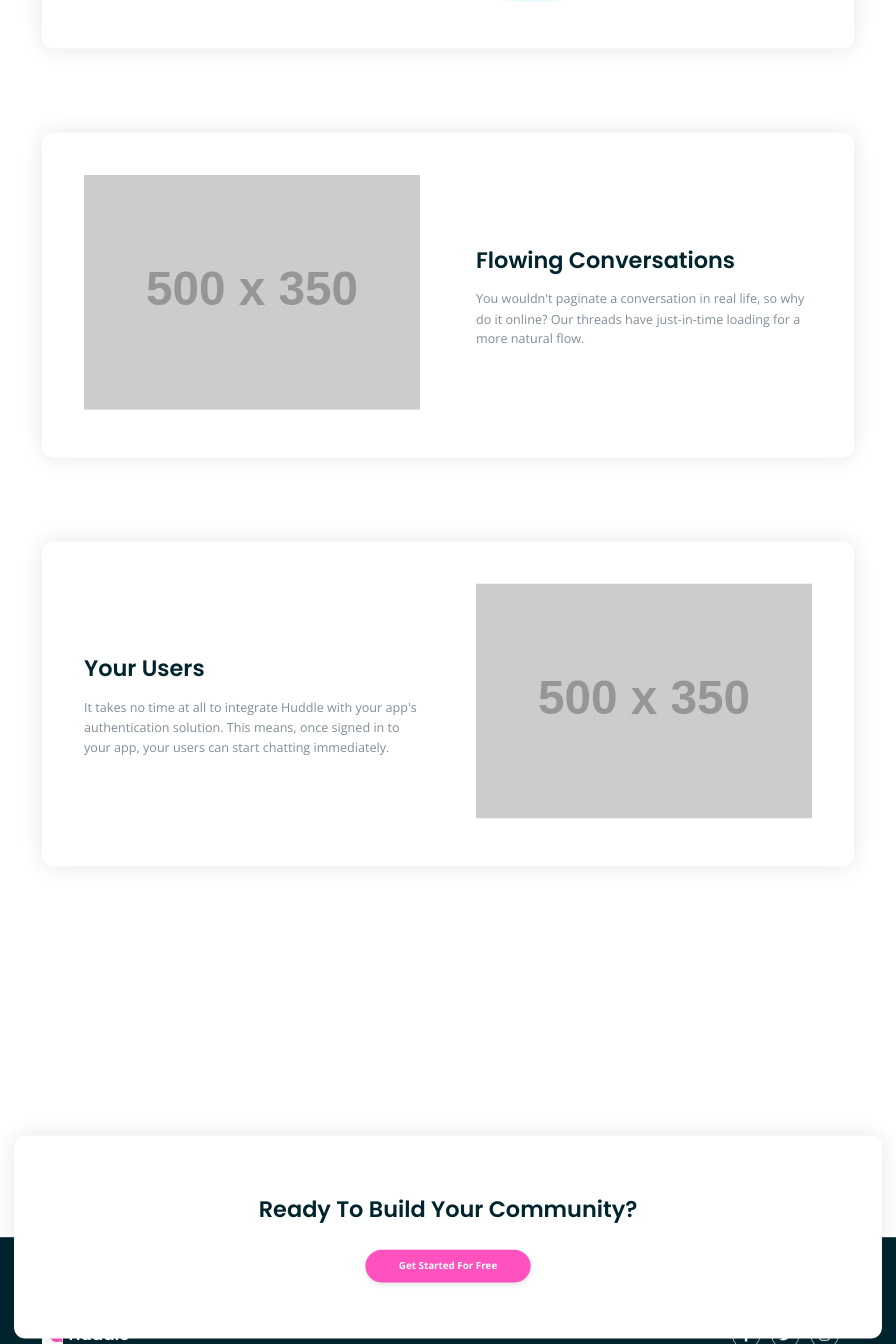
Repository: blordeus/huddle-landing-page
Page: index.html
These files come from the project's save history. The page is drawn as it stood at one moment and after the next save; the edit follows.
The browser window is 1280 px wide. The pictures show the part of the page from y = 1258 to 3178 px (the page is 3594 px tall before and 3404 px after), at 70% of full size.

Above is the page before, as saved 2025-07-01 11:06:54.

### index.html
<!DOCTYPE html>
<html lang="en">
<head>
  <meta charset="UTF-8">
  <meta name="viewport" content="width=device-width, initial-scale=1.0">
  <link rel="icon" type="image/png" sizes="32x32" href="./images/favicon-32x32.png">
  <title>Frontend Mentor | Huddle landing page with alternating feature blocks</title>

  <!-- Google Fonts -->
  <link rel="preconnect" href="https://fonts.googleapis.com">
  <link rel="preconnect" href="https://fonts.gstatic.com" crossorigin>
  <link href="https://fonts.googleapis.com/css2?family=Poppins:wght@600&family=Open+Sans:wght@400;700&display=swap" rel="stylesheet">
  <link rel="stylesheet" type="text/css" href="styles.css" />

  <!-- Font Awesome for social icons -->
  <link rel="stylesheet" href="https://cdnjs.cloudflare.com/ajax/libs/font-awesome/6.0.0/css/all.min.css">
</head>

<body>
  <!-- Header -->
  <header class="header">
    <div class="container">
      <div class="header-content">
        <img src="./images/logo.svg" alt="Logo">
        <a href="#" class="btn btn-outline">Try It Free</a>
      </div>
    </div>
  </header>

  <!-- Hero Section -->
  <section class="hero">
    <div class="container">
      <div class="hero-content">
        <div class="hero-text">
          <h1>Build The Community Your Fans Will Love</h1>
          <p>Huddle re-imagines the way we build communities. You have a voice, but so does your audience. Create connections with your users as you engage in genuine discussion.</p>
          <a href="#" class="btn">Get Started For Free</a>
        </div>
        <div class="hero-image">
          <img src="./images/illustration-mockups.svg" alt="Desktop and mobile chat interface showing community conversations">
        </div>
      </div>
    </div>
  </section>

  <!-- Features Section -->
  <section class="features">
    <div class="container">
      <div class="feature">
        <div class="feature-content">
          <h2>Grow Together</h2>
          <p>Generate meaningful discussions with your audience and build a strong, loyal community. Think of the insightful conversations you miss out on with a feedback form.</p>
        </div>
        <div class="feature-image">
          <img src="./images/illustration-grow-together.svg" alt="Illustration of people having meaningful conversations and building community">
        </div>
      </div>

      <div class="feature">
        <div class="feature-content">
          <h2>Flowing Conversations</h2>
          <p>You wouldn't paginate a conversation in real life, so why do it online? Our threads have just-in-time loading for a more natural flow.</p>
        </div>
        <div class="feature-image">
          <img src="https://placehold.co/500x350/e0f7ff/333333?text=Natural+Flowing+Conversation+Interface+Illustration" alt="Illustration of natural flowing conversation interface with seamless chat threads">
        </div>
      </div>

      <div class="feature">
        <div class="feature-content">
          <h2>Your Users</h2>
          <p>It takes no time at all to integrate Huddle with your app's authentication solution. This means, once signed in to your app, your users can start chatting immediately.</p>
        </div>
        <div class="feature-image">
          <img src="https://placehold.co/500x350/e0f7ff/333333?text=User+Authentication+Integration+Illustration" alt="Illustration showing easy user authentication and immediate chat access">
        </div>
      </div>
    </div>
  </section>

  <!-- Call to Action -->
  <section class="cta">
    <div class="container">
      <h2>Ready To Build Your Community?</h2>
      <a href="#" class="btn">Get Started For Free</a>
    </div>
  </section>

  <!-- Footer -->
  <footer class="footer">
    <div class="container">
      <div class="footer-content">
        <div class="footer-info">
          <a href="#" class="footer-logo">
            <div class="logo-icon">
              <i class="fas fa-comments"></i>
            </div>
            Huddle
          </a>
          <div class="contact-info">
            <div class="contact-item">
              <i class="fas fa-map-marker-alt"></i>
              <p>Lorem ipsum dolor sit amet, consectetur adipiscing elit, sed do eiusmod tempor incididunt ut labore et dolore magna aliqua</p>
            </div>
            <div class="contact-item">
              <i class="fas fa-phone"></i>
              <p>+1-543-123-4567</p>
            </div>
            <div class="contact-item">
              <i class="fas fa-envelope"></i>
              <p>example@huddle.com</p>
            </div>
          </div>
        </div>

        <div class="footer-links">
          <a href="#">About Us</a>
          <a href="#">What We Do</a>
          <a href="#">FAQ</a>
        </div>

        <div class="footer-links">
          <a href="#">Career</a>
          <a href="#">Blog</a>
          <a href="#">Contact Us</a>
        </div>

        <div class="social-icons">
          <a href="#" class="social-icon" aria-label="Facebook">
            <i class="fab fa-facebook-f"></i>
          </a>
          <a href="#" class="social-icon" aria-label="Twitter">
            <i class="fab fa-twitter"></i>
          </a>
          <a href="#" class="social-icon" aria-label="Instagram">
            <i class="fab fa-instagram"></i>
          </a>
        </div>
      </div>

      <div class="copyright">
        <p>&copy; Copyright 2018 Huddle. All rights reserved.</p>
      </div>
    </div>

    <p class="attribution">
      Challenge by <a href="https://www.frontendmentor.io?ref=challenge" target="_blank">Frontend Mentor</a>.
      Coded by <a href="#">Your Name Here</a>.
    </p>
  </footer>
</body>
</html>

### styles.css
    * {
      margin: 0;
      padding: 0;
      box-sizing: border-box;
    }

    body {
      font-family: 'Open Sans', sans-serif;
      font-size: 18px;
      line-height: 1.6;
      color: hsl(192, 100%, 9%);
    }

    .container {
      max-width: 1200px;
      margin: 0 auto;
      padding: 0 20px;
    }

    /* Header */
    .header {
      background: hsl(193, 100%, 96%);
      padding: 24px 0;
    }

    .header-content {
      display: flex;
      justify-content: space-between;
      align-items: center;
    }

    .header-content img {
      height: 40px;
    }

    .btn {
      background: hsl(322, 100%, 66%);
      color: white;
      border: none;
      padding: 12px 48px;
      border-radius: 24px;
      font-family: 'Open Sans', sans-serif;
      font-weight: 700;
      font-size: 14px;
      cursor: pointer;
      text-decoration: none;
      display: inline-block;
      transition: opacity 0.3s ease;
      box-shadow: 0 4px 8px rgba(0, 0, 0, 0.1);
    }

    .btn:hover {
      opacity: 0.8;
    }

    .btn-outline {
      background: white;
      box-shadow: 0 4px 8px rgba(0, 0, 0, 0.1);
      color: #00252E;
    }

    .btn-outline:hover {
      color: #808E9A;
    }

    /* Hero Section */
    .hero {
      background: hsl(199, 100%, 96%);
      background-image: url('./images/bg-hero.svg');
      background-size: cover;
      background-position: center;
      padding: 80px 0 120px;
    }

    .hero-content {
      display: grid;
      grid-template-columns: 1fr 1fr;
      gap: 80px;
      align-items: center;
    }

    .hero-text h1 {
      font-family: 'Poppins', sans-serif;
      font-weight: 600;
      font-size: 48px;
      line-height: 1.2;
      margin-bottom: 24px;
      color: hsl(192, 100%, 9%);
    }

    .hero-text p {
      font-size: 18px;
      color: hsl(192, 100%, 9%);
      margin-bottom: 32px;
      line-height: 1.6;
    }

    .hero-image {
      text-align: center;
    }

    .hero-image img {
      max-width: 100%;
      height: auto;
    }

    /* Features Section */
    .features {
      padding: 120px 0;
    }

    .feature {
      display: grid;
      grid-template-columns: 1fr 1fr;
      gap: 80px;
      align-items: center;
      margin-bottom: 120px;
      background: white;
      padding: 60px;
      border-radius: 16px;
      box-shadow: 0 0 30px rgba(0, 0, 0, 0.1);
    }

    .feature:nth-child(even) .feature-content {
      order: 2;
    }

    .feature:nth-child(even) .feature-image {
      order: 1;
    }

    .feature h2 {
      font-family: 'Poppins', sans-serif;
      font-weight: 600;
      font-size: 32px;
      margin-bottom: 16px;
      color: hsl(192, 100%, 9%);
    }

    .feature p {
      color: hsl(208, 11%, 55%);
      line-height: 1.6;
    }

    .feature-image {
      text-align: center;
    }

    .feature-image img {
      max-width: 100%;
      height: auto;
    }

    /* Call to Action */
    .cta {
      text-align: center;
      padding: 80px 0;
      background: white;
      margin: 0 20px;
      border-radius: 16px;
      box-shadow: 0 0 30px rgba(0, 0, 0, 0.1);
      position: relative;
      z-index: 2;
      transform: translateY(50%);
    }

    .cta h2 {
      font-family: 'Poppins', sans-serif;
      font-weight: 600;
      font-size: 32px;
      margin-bottom: 32px;
      color: hsl(192, 100%, 9%);
    }

    /* Footer */
    .footer {
      background: hsl(192, 100%, 9%);
      color: white;
      padding: 120px 0 40px;
    }

    .footer-content {
      display: grid;
      grid-template-columns: 2fr 1fr 1fr 1fr;
      gap: 60px;
      margin-bottom: 40px;
    }

    .footer-logo {
      display: flex;
      align-items: center;
      gap: 8px;
      font-family: 'Poppins', sans-serif;
      font-weight: 600;
      font-size: 24px;
      color: white;
      text-decoration: none;
      margin-bottom: 24px;
    }

    .footer-logo .logo-icon {
      background: white;
      color: hsl(322, 100%, 66%);
    }

    .contact-info {
      display: flex;
      flex-direction: column;
      gap: 16px;
    }

    .contact-item {
      display: flex;
      align-items: flex-start;
      gap: 16px;
    }

    .contact-item i {
      margin-top: 4px;
      width: 16px;
    }

    .footer-links {
      display: flex;
      flex-direction: column;
      gap: 12px;
    }

    .footer-links a {
      color: white;
      text-decoration: none;
      transition: color 0.3s ease;
    }

    .footer-links a:hover {
      color: hsl(322, 100%, 66%);
    }

    .social-icons {
      display: flex;
      gap: 16px;
      justify-content: center;
    }

    .social-icon {
      width: 40px;
      height: 40px;
      border: 1px solid white;
      border-radius: 50%;
      display: flex;
      align-items: center;
      justify-content: center;
      color: white;
      text-decoration: none;
      transition: all 0.3s ease;
    }

    .social-icon:hover {
      color: hsl(322, 100%, 66%);
      border-color: hsl(322, 100%, 66%);
    }

    .copyright {
      text-align: center;
      font-size: 14px;
      color: hsl(208, 11%, 55%);
      padding-top: 40px;
      border-top: 1px solid hsl(208, 11%, 55%);
    }

    .attribution {
      font-size: 11px;
      text-align: center;
      margin-top: 20px;
    }

    .attribution a {
      color: hsl(228, 45%, 44%);
    }

    /* Responsive Design */
    @media (max-width: 768px) {
      .container {
        padding: 0 16px;
      }

      .hero {
        background-image: url('./images/bg-hero.svg');
      }

      .header-content {
        flex-direction: column;
        gap: 20px;
      }

      .hero-content {
        grid-template-columns: 1fr;
        gap: 40px;
        text-align: center;
      }

      .hero-text h1 {
        font-size: 32px;
      }

      .feature {
        grid-template-columns: 1fr;
        gap: 40px;
        padding: 40px 20px;
        text-align: center;
      }

      .feature:nth-child(even) .feature-content,
      .feature:nth-child(even) .feature-image {
        order: unset;
      }

      .footer-content {
        grid-template-columns: 1fr;
        gap: 40px;
        text-align: center;
      }

      .social-icons {
        justify-content: center;
      }

      .cta {
        margin: 0 16px;
        padding: 40px 20px;
      }

      .cta h2 {
        font-size: 24px;
      }
    }

After the next save:
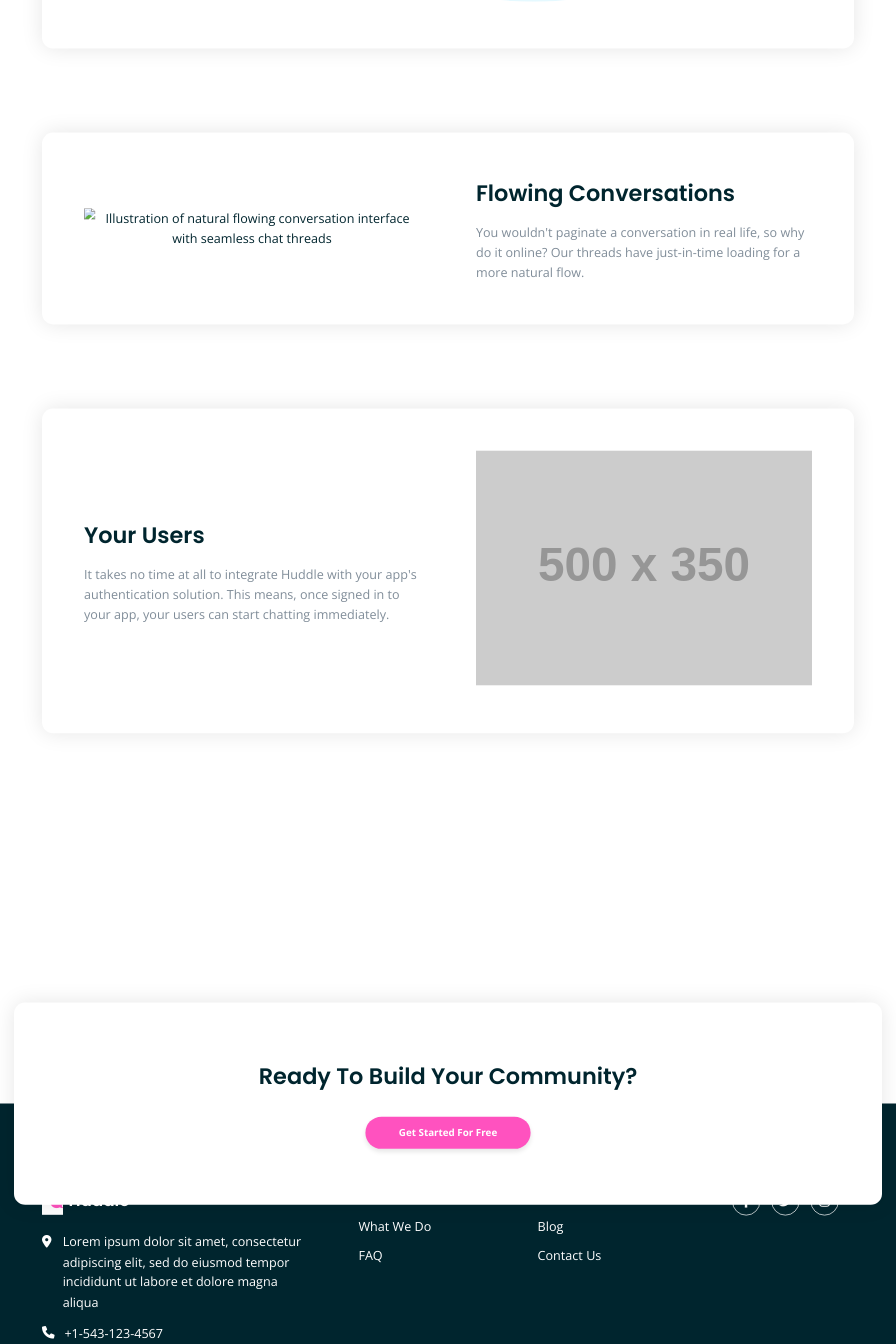
Saved 7 s later.
--- a/index.html
+++ b/index.html
@@ -62,7 +62,7 @@
           <p>You wouldn't paginate a conversation in real life, so why do it online? Our threads have just-in-time loading for a more natural flow.</p>
         </div>
         <div class="feature-image">
-          <img src="https://placehold.co/500x350/e0f7ff/333333?text=Natural+Flowing+Conversation+Interface+Illustration" alt="Illustration of natural flowing conversation interface with seamless chat threads">
+          <img src="./" alt="Illustration of natural flowing conversation interface with seamless chat threads">
         </div>
       </div>
 
